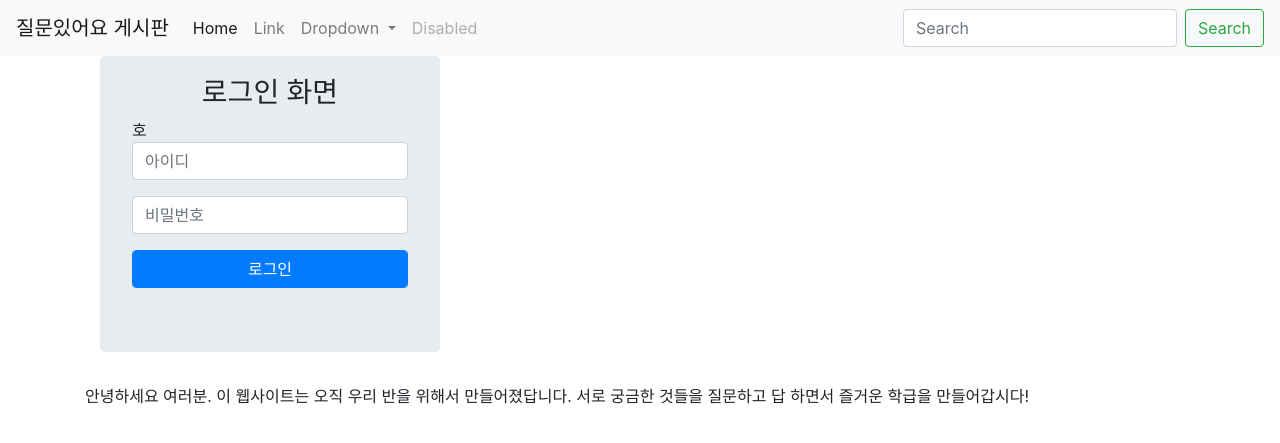
Repository: Munro-L/I-spy-oT__cuHacking-2019
Page: http://localhost/BBS/login.jsp
The author's editor kept a copy of each file at every save. The page is drawn from the files as they stood at one save, then again after the next save.
The browser window is 1280 px wide. The pictures show the whole page.
The page is served by Tomcat 9.

Above is the page before, as saved 2019-02-01 06:44:38.

After the next save:
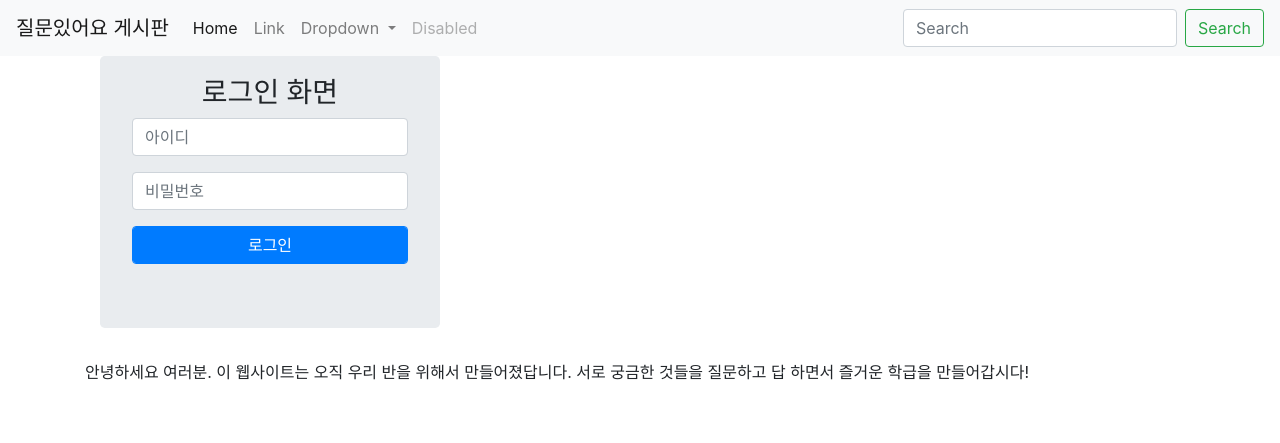
Saved 26 s later.
--- a/BBS-master/projects/BBS/WebContent/login.jsp
+++ b/BBS-master/projects/BBS/WebContent/login.jsp
@@ -50,7 +50,7 @@
 		<div class="col-lg-4">
 			<div class="jumbotron" style="padding-top: 20px;">
 				<form method="post" action="loginAction.jsp">
-					<h3 style="text-align:center;">로그인 화면</h3>호
+					<h3 style="text-align:center;">로그인 화면</h3>
 					<div class="form-group">
 						<input type="text" class="form-control" placeholder="아이디" name="userID" maxlength="20">
 					</div>
